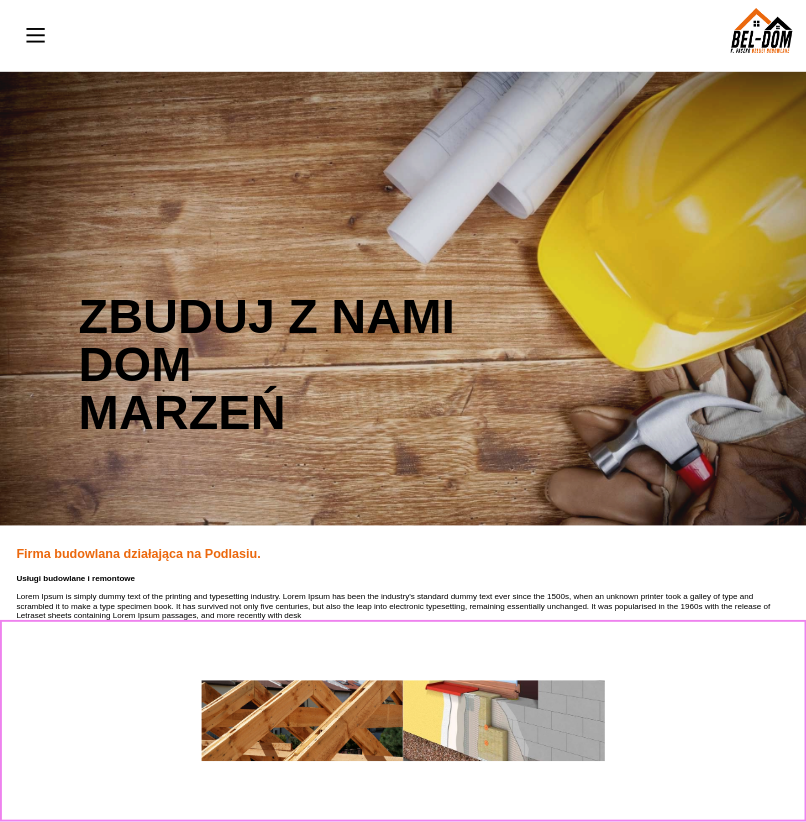
Repository: JakubPaszko2001/bel
Page: index.html
These files come from the project's save history. The page is drawn as it stood at one moment and after the next save; the edit follows.
The browser window is 1280 px wide. The pictures show the whole page, at 63% of full size.
Some web fonts or font styles are not loaded; a fallback is used.

Above is the page before, as saved 2022-01-05 23:06:55.

### index.html
<!DOCTYPE html>
<html lang="pl-PL">
<head>
    <meta charset="UTF-8">
    <meta http-equiv="X-UA-Compatible" content="IE=edge">
    <meta name="viewport" content="width=device-width, initial-scale=1.0">
    <title>BEL-DOM</title>
    <link rel="preconnect" href="https://fonts.googleapis.com">
    <link rel="preconnect" href="https://fonts.gstatic.com" crossorigin>
    <link href="https://fonts.googleapis.com/css2?family=Prompt:wght@300;400;700&display=swap" rel="stylesheet">
    <link rel="stylesheet" href="style.css">
</head>
<body>
<!-- HEADER -->
<header>
    <div class="container">
        <!-- SPAN -->
        <button class="hamburger">
            <span class="hamburger--menu">
                <span class="hamburger__inner"></span>
            </span>
        </button>
        <!-- LOGO -->
        <div class="header__logo">
            <img class="logo__pic" src="./images/logo.png" alt="logo">
        </div>
    </div>
</header>
<!-- MAIN -->
<main>
    <!-- NAV -->
    <div class="navigation">
        <ul class="navigation--list">
            <li class="navigation__item"><a href="#">jeden</a></li>
            <li class="navigation__item"><a href="#">dwa</a></li>
            <li class="navigation__item"><a href="#">trzy</a></li>
            <li class="navigation__item"><a href="#">cztery</a></li>
        </ul>
    </div>
    <!-- MAIN CONTAINER -->
    <div class="main__container">
        <div class="background__pic">
            <img src="./images/tlo1.png" alt="background">
        </div>
    <!-- TEXT ON IMG -->
    <h1 class="text">ZBUDUJ Z NAMI <br>DOM <br> MARZEŃ</h1>
    </div>
    <!-- TEXT -->
    <div class="main--text">
        <h1 class="main__text-h1">Firma budowlana działająca na Podlasiu.</h1>
        <h3 class="main__text-h3">Usługi budowlane i remontowe</h3>
        <h4 class="main__text-h4">Lorem Ipsum is simply dummy text of the printing and typesetting industry. Lorem Ipsum has been the industry's standard dummy text ever since the 1500s, when an unknown printer took a galley of type and scrambled it to make a type specimen book. It has survived not only five centuries, but also the leap into electronic typesetting, remaining essentially unchanged. It was popularised in the 1960s with the release of Letraset sheets containing Lorem Ipsum passages, and more recently with desk</h4>
    </div>
    <div class="main--photos">
        <img class="photo photo1" src="./images/wiezby.png" alt="photo1">
        <img class="photo photo2" src="./images/docieplenie1.png" alt="photo2">
    </div>
</main>
<script src="./js/script.js" type="text/javascript"></script>
</body>
</html>

### style.css
:root {
    /* WEIGHT */
    --ww-bold: 700;
    --ww-normal: 400;
    --ww-small: 300;
    /* COLORS */
    --color-orange: #EB680D;
    --color-black: #000000;
    /* SPACING */
    --margin: 1.25em;
    --margin-left: 1.625em;
    /* FONT SIZE */
    --fs-12: 1.25em;
    --fs-10: 0.8em;

}
* {
    margin: 0;
    padding: 0;
    box-sizing: border-box;
    font-family: 'Prompt', sans-serif;}
img {
    width: 100%;
    object-fit: cover;
}
.logo__pic {
    width: 6.875em;
    height: 6.875em;
}
.container {
    display: flex;
    margin: 0 var(--margin);
    justify-content: space-between;
    align-items: center;
}
.hamburger {
    padding: var(--margin-left);
    display: inline-block;
    cursor: pointer;
    background: transparent;
    border: 0;
    margin: 0;
}
.hamburger--menu  {
    width: 2.1875em;
    height: var(--margin);
    display: inline-block;
    position: relative;
}
.hamburger__inner {
    z-index: 999;
    width: 100%;
    height: 3px;
    background-color: black;
    position: absolute;
    left: 0;
    top: 50%;
    transform: translateY(-50%);
    transition: background-color 0.1s 0.2s ease-in-out;
}
.hamburger__inner::before,
.hamburger__inner::after {
    content: '';
    width: 100%;
    height: 3px;
    background-color: var(--color-black);
    position: absolute;
    left: 0;
    transition: transform 0.2s 0.2s ease-in-out;

}
.hamburger__inner::before {
    /* transform: translateY(-10px); */
    top: -10px;
}
.hamburger__inner::after {
    /* transform: translateY(10px); */
    top: 10px;
}
.hamburger--active .hamburger__inner {
    background-color: transparent;
}
.hamburger--active .hamburger__inner::before {
    transform: translateY(10px) rotate(45deg);
    background-color: var(--color-orange);
}
.hamburger--active .hamburger__inner::after {
    transform: translateY(-10px) rotate(-45deg);
    background-color: var(--color-orange);
}
.navigation {
    position: absolute;
    top: 0;
    left: 0;
    width: 10.9375em;
    height: 100vh;
    background-color: var(--color-black);
    display: flex;
    flex-direction: column;
    align-items: center;
    transform: translateX(-200px);
    transition: transform 0.3s 0.1s ease-in-out;
    z-index: 100;
}
.navigation--active {
    transform: translateX(0px);
}
.navigation--list {
    list-style: none;
}
.navigation__item {
    margin-bottom: 2.5em;
}
li:first-child {
    margin-top: 9.375em;
}
a {
    text-decoration: none;
    color: var(--color-orange);
    font-size: var(--margin);
}
.main__container {
    position: relative;
    z-index: 1;
}
.text {
    position: absolute;
    bottom: 20%;
    margin-left: var(--margin-left);
    /* left: var(--margin); */
    /* border: springgreen solid; */
    line-height: 1em;
    font-size: 6vw;
    font-weight: var(--ww-bold);
}
.main--text {
    /* margin: 0 var(--margin); */
    margin: 0 var(--margin-left);
}
.main__text-h1 {
    margin-top: 1.5em;
    margin-bottom: 1.0em;
    font-size: var(--fs-12);
    font-weight: var(--ww-bold);
    color: var(--color-orange);

}
.main__text-h3 {
    font-size: var(--fs-10);
    font-weight: var(--ww-bold);
    margin-bottom: 1em;
}
.main__text-h4 {
    font-size: var(--fs-10);
    font-weight: var(--ww-normal);
}
.main--photos {
    display: flex;
    justify-content: center;
    align-items: center;
    position: relative;
    width: 100%;
    border: violet solid;
    height: 20em;
}
.photo {
    width: 20em;
    height: 8em;
    /* position: relative; */
}
.photo .photo1 {
    position: absolute;
    left: 300px;
    bottom: 100px;

}

### js/script.js
const hamburger = document.querySelector('.hamburger');
const Click = () => {
    hamburger.classList.toggle('hamburger--active');
}
hamburger.addEventListener('click',Click);

After the next save:
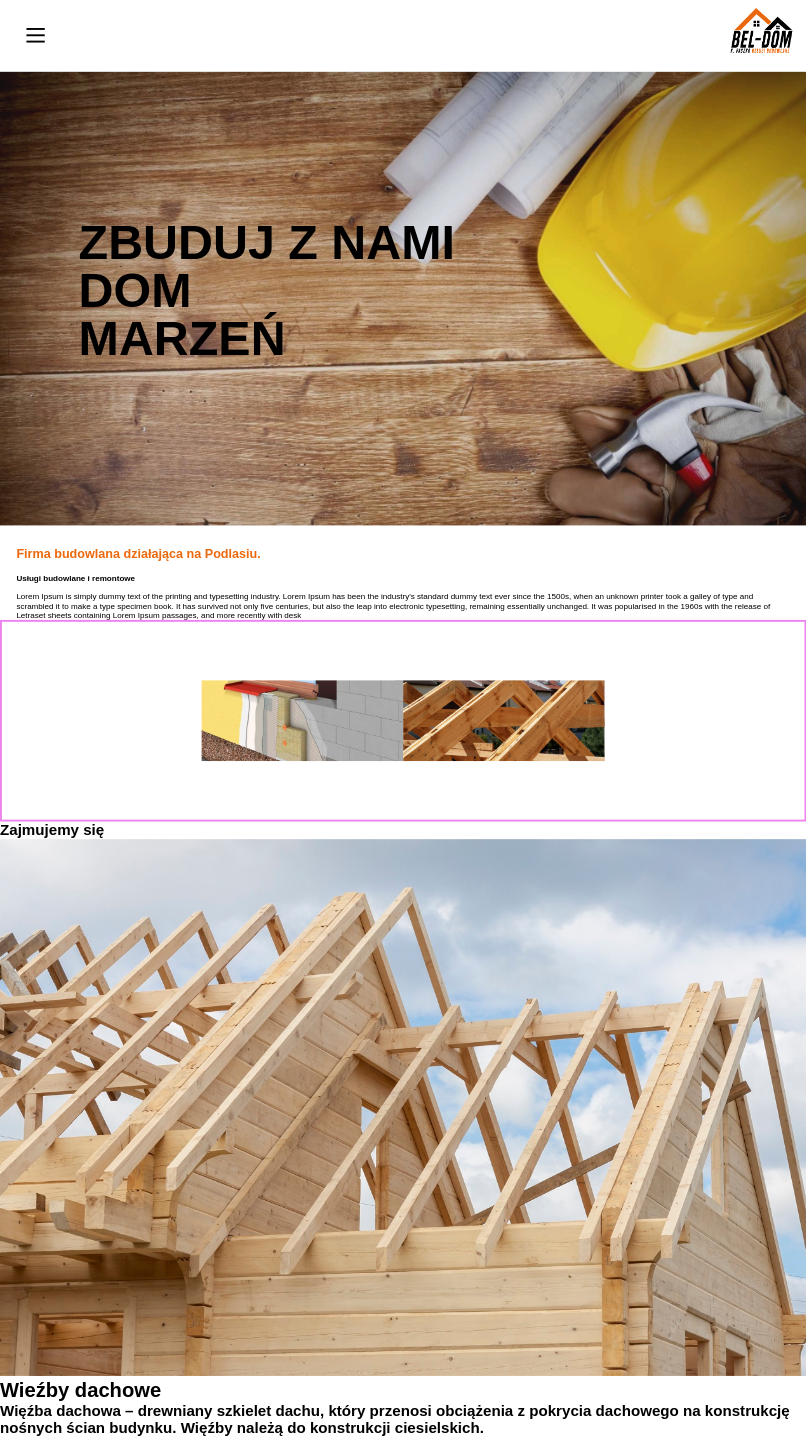
Saved 2 days later.
--- a/index.html
+++ b/index.html
@@ -38,12 +38,12 @@
         </ul>
     </div>
     <!-- MAIN CONTAINER -->
-    <div class="main__container">
+    <div class="main--container">
         <div class="background__pic">
             <img src="./images/tlo1.png" alt="background">
         </div>
     <!-- TEXT ON IMG -->
-    <h1 class="text">ZBUDUJ Z NAMI <br>DOM <br> MARZEŃ</h1>
+        <h1 class="text">ZBUDUJ Z NAMI <br>DOM <br> MARZEŃ</h1>
     </div>
     <!-- TEXT -->
     <div class="main--text">
@@ -51,11 +51,25 @@
         <h3 class="main__text-h3">Usługi budowlane i remontowe</h3>
         <h4 class="main__text-h4">Lorem Ipsum is simply dummy text of the printing and typesetting industry. Lorem Ipsum has been the industry's standard dummy text ever since the 1500s, when an unknown printer took a galley of type and scrambled it to make a type specimen book. It has survived not only five centuries, but also the leap into electronic typesetting, remaining essentially unchanged. It was popularised in the 1960s with the release of Letraset sheets containing Lorem Ipsum passages, and more recently with desk</h4>
     </div>
+    <!-- PHOTOS -->
     <div class="main--photos">
-        <img class="photo photo1" src="./images/wiezby.png" alt="photo1">
-        <img class="photo photo2" src="./images/docieplenie1.png" alt="photo2">
+        <img class="photo photo1" src="./images/docieplenie1.png" alt="photo2">
+        <img class="photo photo2" src="./images/wiezby.png" alt="photo1">
+    </div>
+    <div class="cards--container">
+        <h2 class="text-h2">Zajmujemy się</h2>
+        <div class="cards--container__main">
+            <div class="cards--container___main__card">
+                <div class="card-img"><img class="card-img_img" src="./images/wiezby2.png" alt="wiezby"></div>
+                <h1 class="card-title">Wieźby dachowe</h1>
+                <h2 class="card-text">Więźba dachowa – drewniany szkielet dachu, który przenosi obciążenia z pokrycia dachowego na konstrukcję nośnych ścian budynku. Więźby należą do konstrukcji ciesielskich.</h2>
+            </div>
+                <div class="cards--container___main__card">
+            </div>
+        </div>
     </div>
 </main>
+<!-- JS -->
 <script src="./js/script.js" type="text/javascript"></script>
 </body>
 </html>
